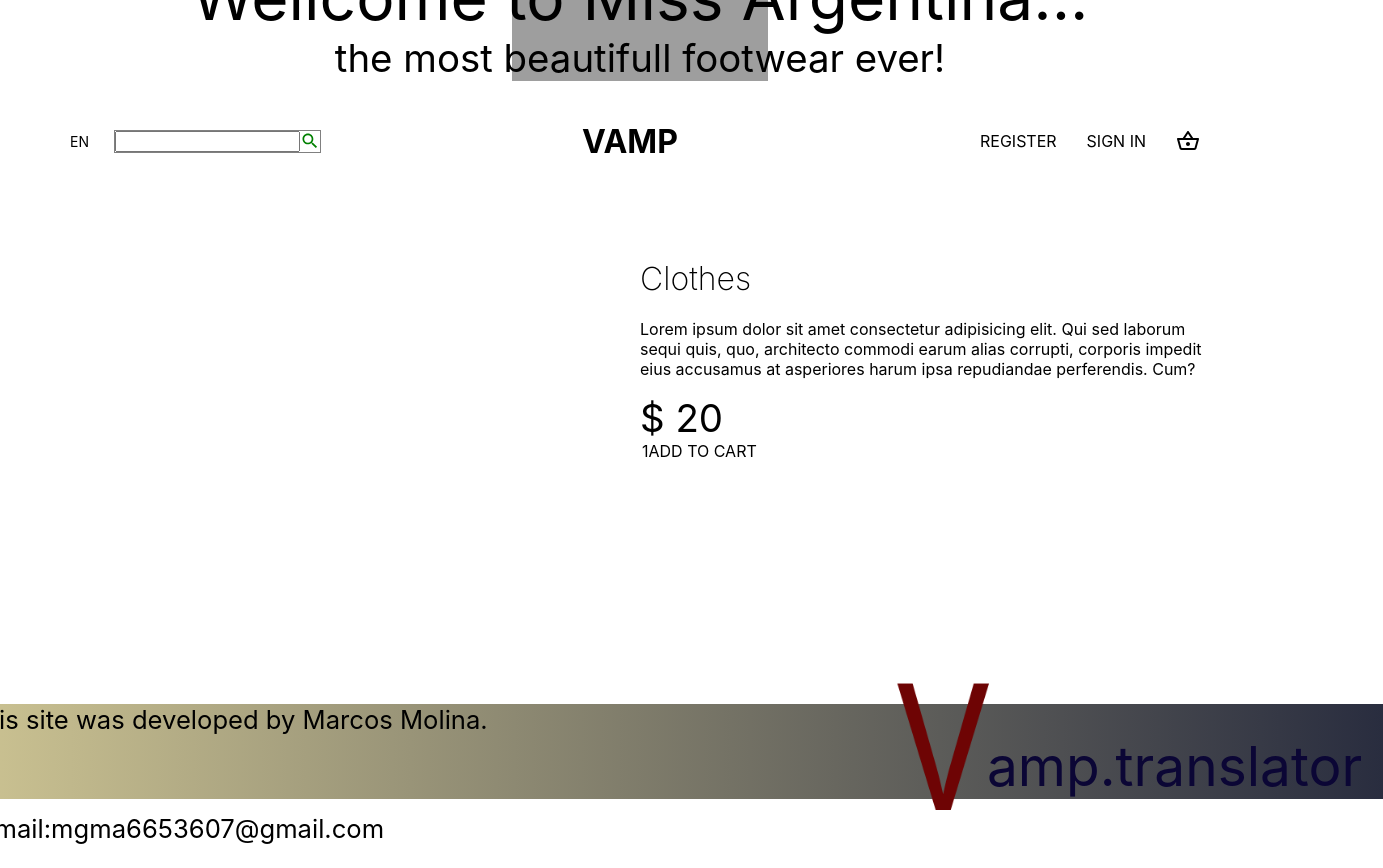
Repository: mgma2005/ecoeli
Page: /
The author's editor kept a copy of each file at every save. The page is drawn from the files as they stood at one save, then again after the next save.
The browser window is 1280 px wide. The page is 1383 px wide, then 1378 px, then 1383 px, so the pictures cover 1383 px, including what lies to the right of the window. The pictures show the part of the page from y = 92 to 960 px (the page is 960 px tall).
Pictures or frames that could not be fetched are drawn as grey boxes. The project was rebuilt for these pictures with package versions that can differ from the ones it lists, and the page was loaded fresh each time. Also part of the build but not shown: src/App.css.

Above is the page before, as saved 2022-05-14 17:41:02.

After the next save:
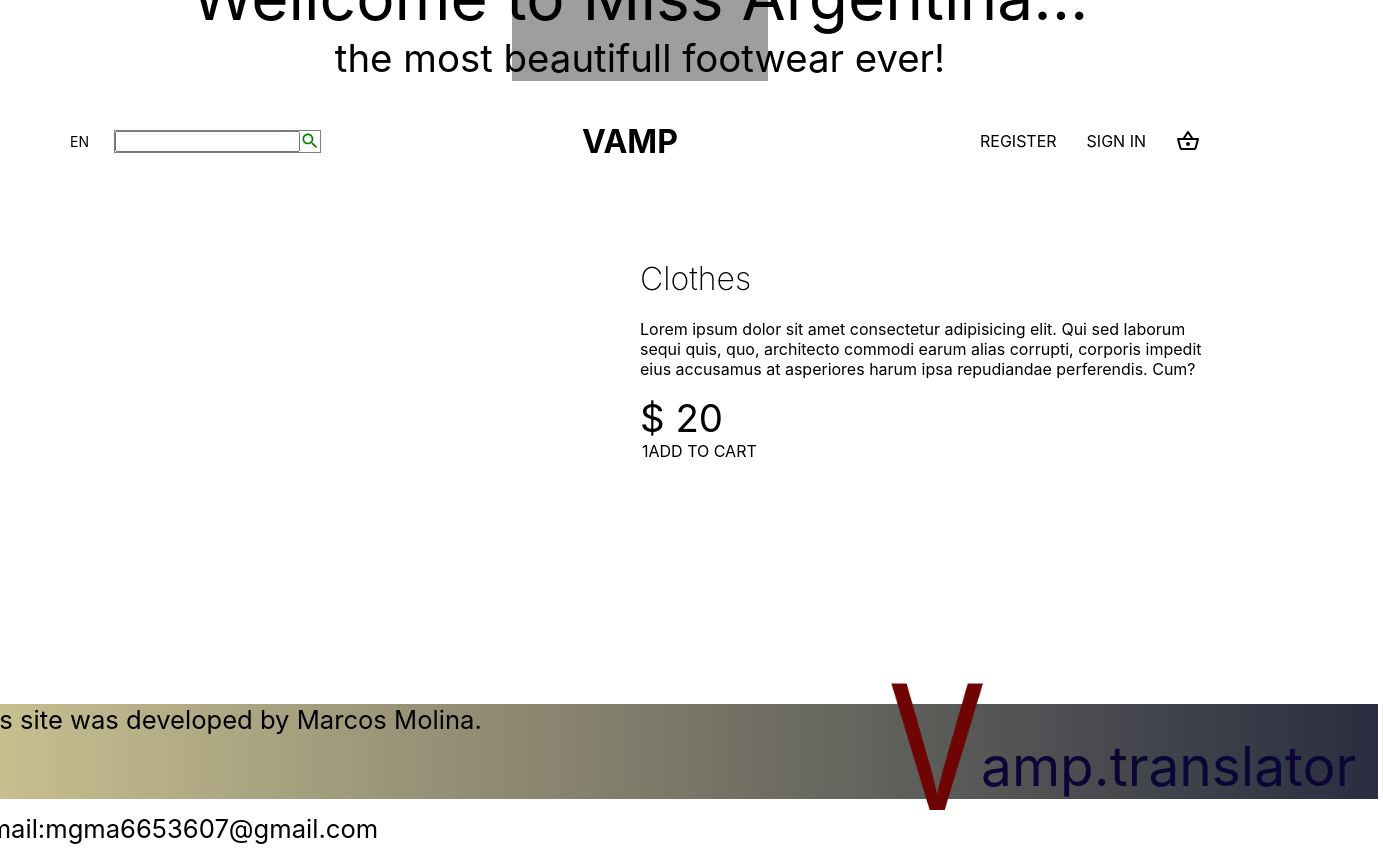
Saved 9 s later.
--- a/src/style.css
+++ b/src/style.css
@@ -1,5 +1,5 @@
 .cont2{
-    margin-left: -7%;
+    margin-left: -7.5%;
     width: 120%;
     height: auto;
     background: linear-gradient(to right, rgb(204, 195, 146),rgb(41, 45, 63));

After the save that followed:
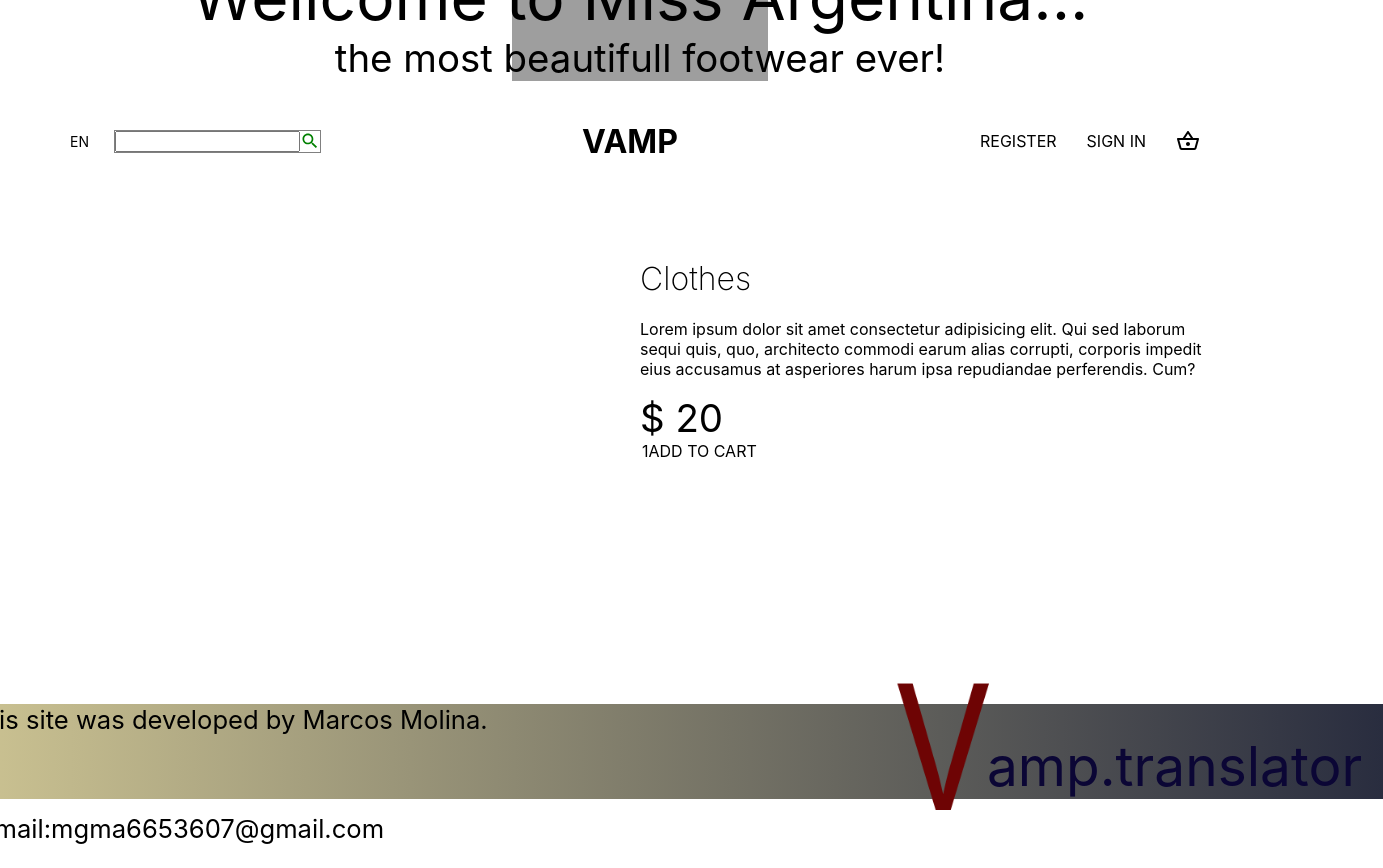
Saved 70 s later.
--- a/src/style.css
+++ b/src/style.css
@@ -1,5 +1,5 @@
 .cont2{
-    margin-left: -7.5%;
+    margin-left: -7%;
     width: 120%;
     height: auto;
     background: linear-gradient(to right, rgb(204, 195, 146),rgb(41, 45, 63));
